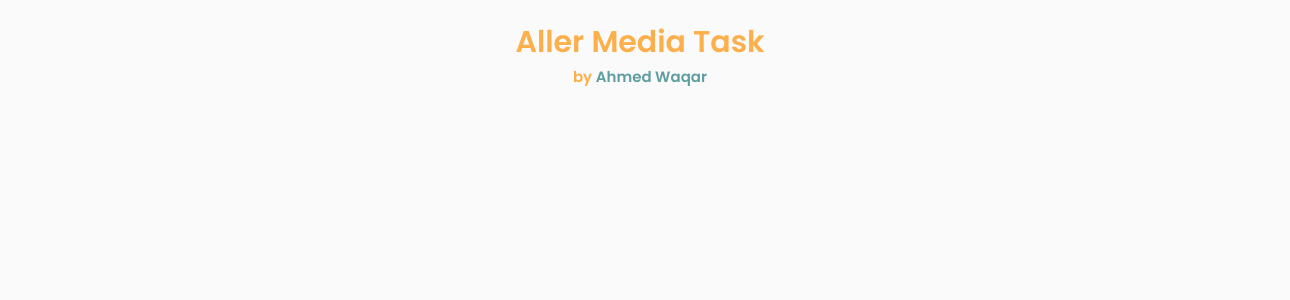
Repository: waqarmalyk/Back-to-front
Page: /
An editor plug-in stored every save of this project. The page is shown before and after the next save, followed by the edit.
The browser window is 1280 px wide. The page is 1290 px wide, so the pictures cover 1290 px, including what lies to the right of the window. The pictures show the whole page.
The page's requests for data from a server got no answer. The project was rebuilt for these pictures with package versions that can differ from the ones it lists, and the page was loaded fresh each time. No one was signed in, and anything a server would have sent is missing.

Above is the page before, as saved 2022-02-06 11:26:56.

After the next save:
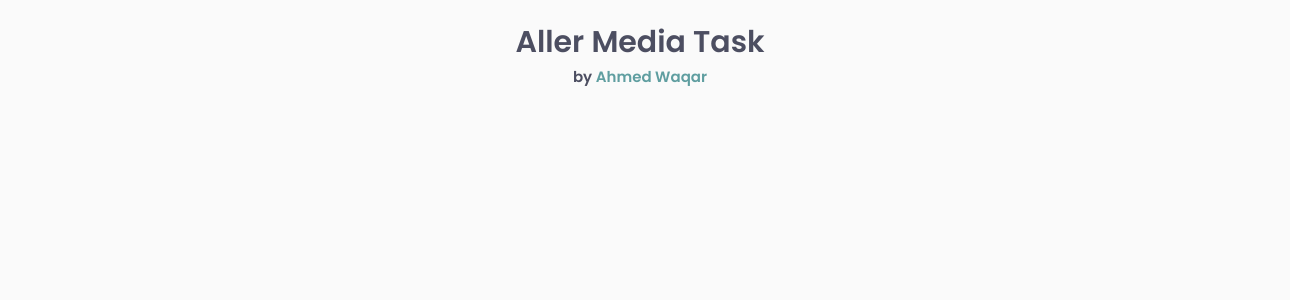
Saved 39 s later.
--- a/src/App.css
+++ b/src/App.css
@@ -26,7 +26,7 @@
 font-weight: var(--weight3);
 padding: 30px;
 background-color:var(--veryLightGray);
-color: var(--orange);
+color: var(--varyDarkBlue);
 margin: -10px -10px
 }
 span{
